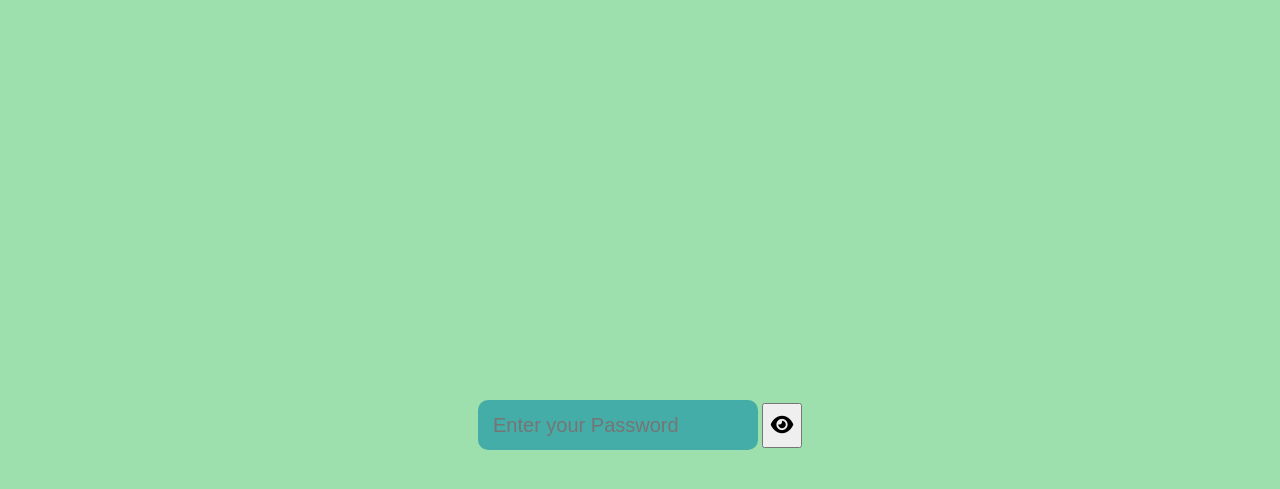
Repository: Aditya0377/Assignments
Page: Assignment/javascript practise/Password.html
An editor plug-in stored every save of this project. The page is shown before and after the next save, followed by the edit.
The browser window is 1280 px wide. The pictures show the whole page.
Some web libraries are served in a nearby version.

Above is the page before, as saved 2024-03-30 17:39:02.

### Assignment/javascript practise/Password.html
<!DOCTYPE html>
<html lang="en">

<head>
    <meta charset="UTF-8">
    <meta name="viewport" content="width=device-width, initial-scale=1.0">
    <title>Password</title>
    <style>
        * {
            margin: 0px;
            padding: 0px;
        }

        body {
            display: flex;
            flex-direction: column;
            justify-content: center;
            align-items: center;
            background-color: #9de0ad;
            height: 100%;
        }

        .container {
            margin-top: 400px;
        }

        #Pass {
            border: none;
            width: 250px;
            outline: none;
            height: 20px;
            padding: 15px;
            border-radius: 10px;
            background-color: #45AdA8;
            font-size: 20px;
            color: rgb(61, 58, 58);
        }

        #check {
            height: 45px;
            width: 40px;
            font-size: 20px;
        }
    </style>
    <script src="https://kit.fontawesome.com/edd85780d6.js" crossorigin="anonymous"></script>
</head>

<body>

    <div class="container"><input type="password" name="" id="Pass" placeholder="Enter your Password">
        <button id="check"> <i class="fa-solid fa-eye"></i></button>
    </div>
    <script>

    </script>
</body>

</html>

After the next save:
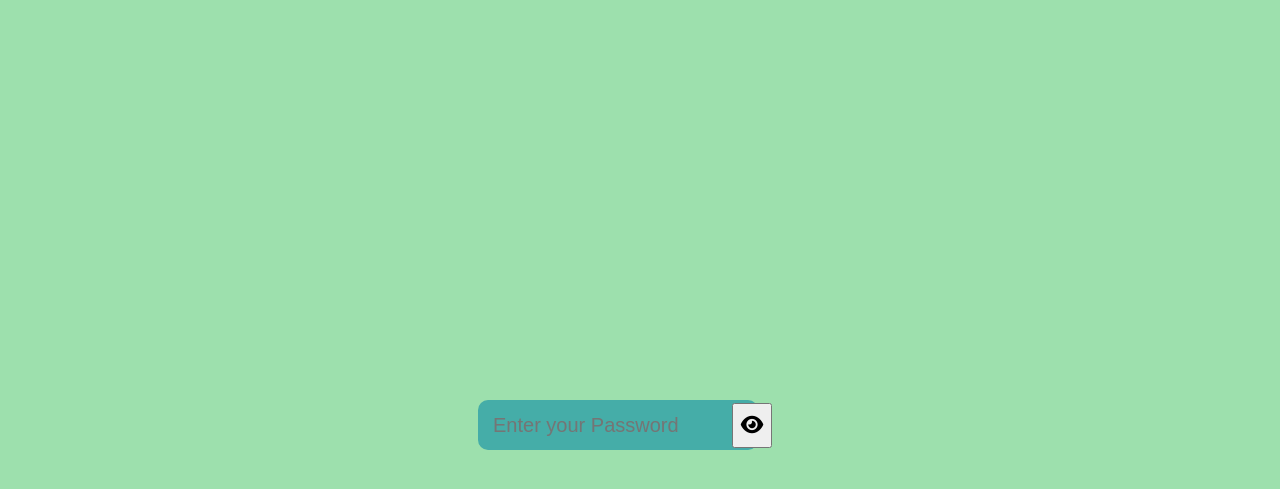
Saved 17 s later.
--- a/Assignment/javascript practise/Password.html
+++ b/Assignment/javascript practise/Password.html
@@ -40,6 +40,7 @@
             height: 45px;
             width: 40px;
             font-size: 20px;
+            transform: translateX(-30px);
         }
     </style>
     <script src="https://kit.fontawesome.com/edd85780d6.js" crossorigin="anonymous"></script>
